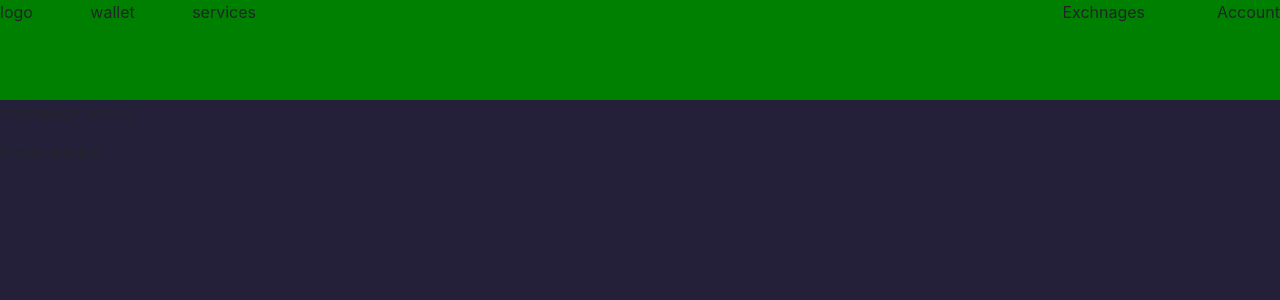
Repository: YuriyBen/Corzbank
Page: / (app in Corzbank.Web/ClientApp/)
An editor plug-in stored every save of this project. The page is shown before and after the next save, followed by the edit.
The browser window is 1280 px wide. The pictures show the whole page.
The project was rebuilt for these pictures with package versions that can differ from the ones it lists, and the page was loaded fresh each time. Also part of the build but not shown: Corzbank.Web/ClientApp/angular.json.

Above is the page before, as saved 2022-05-19 18:38:42.

### Corzbank.Web/ClientApp/src/index.html
<!DOCTYPE html>
<html lang="en">
  <head>
    <meta charset="utf-8" />
    <title>Corzbank.Web</title>
    <base href="/" />

    <meta name="viewport" content="width=device-width, initial-scale=1" />
    <link rel="icon" type="image/x-icon" href="favicon.ico" />
  </head>
  <body>
    <app-root>Loading...</app-root>
  </body>
</html>

### Corzbank.Web/ClientApp/src/styles.css
/* You can add global styles to this file, and also import other style files */

/* Provide sufficient contrast against white background */
a {
  color: #0366d6;
}

code {
  color: #e01a76;
}

.btn-primary {
  color: #fff;
  background-color: #1b6ec2;
  border-color: #1861ac;
}
body{
  background-color: #24203A;
}
.container{
  background-color: red;
  padding: 0;
  width: 90%;
}

### Corzbank.Web/ClientApp/src/app/app.module.ts
import { BrowserModule } from '@angular/platform-browser';
import { NgModule } from '@angular/core';
import { FormsModule } from '@angular/forms';
import { HttpClientModule, HTTP_INTERCEPTORS } from '@angular/common/http';
import { RouterModule } from '@angular/router';

import { AppComponent } from './app.component';
import { HomepageComponent } from './homepage/homepage.component';
import { HeaderComponent } from './header/header.component';
import { FooterComponent } from './footer/footer.component';

@NgModule({
  declarations: [
    AppComponent,
    HomepageComponent,
    HeaderComponent,
    FooterComponent
  ],
  imports: [
    BrowserModule.withServerTransition({ appId: 'ng-cli-universal' }),
    HttpClientModule,
    FormsModule,
    RouterModule.forRoot([
      { path: '', component: HomepageComponent, pathMatch: 'full' },
    ])
  ],
  providers: [],
  bootstrap: [AppComponent]
})
export class AppModule { }

### Corzbank.Web/ClientApp/src/app/app.component.html
<body>
  <div class="main">
    <app-header></app-header>
    <router-outlet></router-outlet>
    <div class="container">
    </div>
    <app-footer></app-footer>
  </div>
</body>

### Corzbank.Web/ClientApp/src/app/homepage/homepage.component.html
<p>homepage works!</p>

### Corzbank.Web/ClientApp/src/app/header/header.component.html
<div class="header">
    <div class="left-block">
        <div class="logo">
            <p>logo</p>
        </div>
        <p>wallet</p>
        <p>services</p>
    </div>
    <div class="right-block">
        <p>Exchnages</p>
        <p>Account</p>
    </div>
</div>

### Corzbank.Web/ClientApp/src/app/header/header.component.scss

.header{
    background-color: green;
    height: 100px;
    display: flex;
    justify-content: space-between;
}
.left-block{
    display: flex;
    justify-content: space-between;
    width: 20%;
}
.right-block{
    display: flex;
    justify-content: space-between;
    width: 17%;
}

Loaded but not shown: Corzbank.Web/ClientApp/src/main.ts (common file); Corzbank.Web/ClientApp/src/environments/environment.ts (common file); Corzbank.Web/ClientApp/src/app/app.component.ts (common file); Corzbank.Web/ClientApp/src/app/homepage/homepage.component.ts (common file); Corzbank.Web/ClientApp/src/app/header/header.component.ts (common file); Corzbank.Web/ClientApp/src/app/footer/footer.component.ts (common file); Corzbank.Web/ClientApp/src/app/footer/footer.component.html (common file); Corzbank.Web/ClientApp/src/app/footer/footer.component.scss (no stored copy; drawn as an empty file); Corzbank.Web/ClientApp/src/app/homepage/homepage.component.scss (no stored copy; drawn as an empty file)

After the next save:
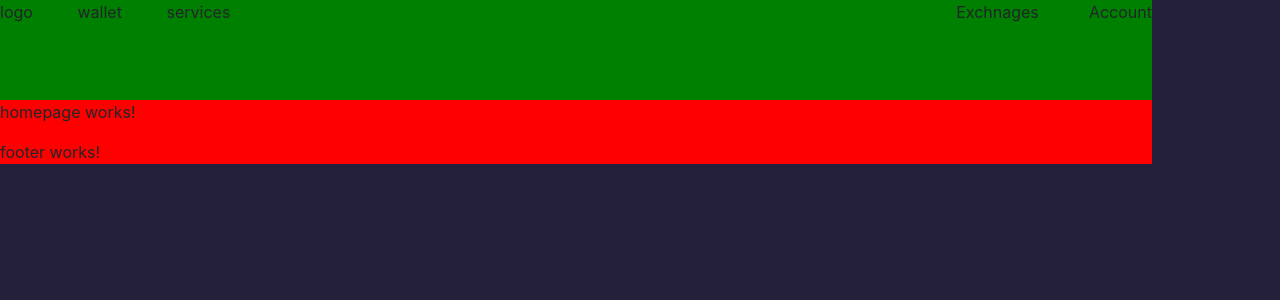
Saved 7 s later.
--- a/Corzbank.Web/ClientApp/src/styles.css
+++ b/Corzbank.Web/ClientApp/src/styles.css
@@ -17,7 +17,7 @@ code {
 body{
   background-color: #24203A;
 }
-.container{
+.main{
   background-color: red;
   padding: 0;
   width: 90%;
